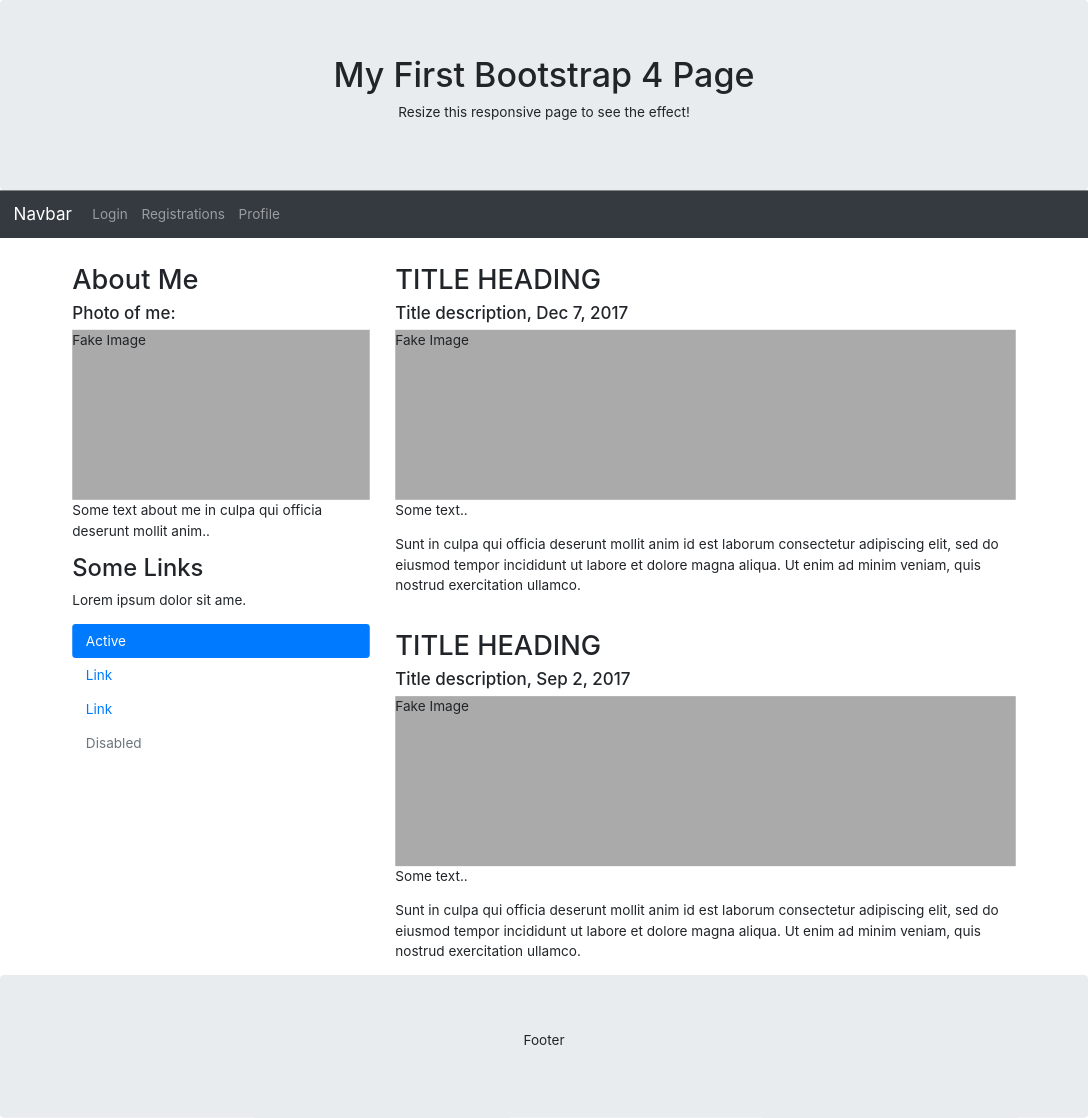
Repository: Ajaykrishna4774/springExamples
Page: deva/WebContent/main.html
The author's editor kept a copy of each file at every save. The page is drawn from the files as they stood at one save, then again after the next save.
The browser window is 1280 px wide. The pictures show the whole page, at 85% of full size.

Above is the page before, as saved 2020-01-18 11:37:21.

### deva/WebContent/main.html
<!DOCTYPE html>
<html lang="en">
<head>
  <title>Bootstrap 4 Website Example</title>
  <meta charset="utf-8">
  <meta name="viewport" content="width=device-width, initial-scale=1">
  <link rel="stylesheet" href="https://maxcdn.bootstrapcdn.com/bootstrap/4.4.1/css/bootstrap.min.css">
  <script src="https://ajax.googleapis.com/ajax/libs/jquery/3.4.1/jquery.min.js"></script>
  <script src="https://cdnjs.cloudflare.com/ajax/libs/popper.js/1.16.0/umd/popper.min.js"></script>
  <script src="https://maxcdn.bootstrapcdn.com/bootstrap/4.4.1/js/bootstrap.min.js"></script>
  <style>
  .fakeimg {
    height: 200px;
    background: #aaa;
  }
  </style>
</head>
<body>

<div class="jumbotron text-center" style="margin-bottom:0">
  <h1>My First Bootstrap 4 Page</h1>
  <p>Resize this responsive page to see the effect!</p>
</div>

<nav class="navbar navbar-expand-sm bg-dark navbar-dark">
  <a class="navbar-brand" href="#">Navbar</a>
  <button class="navbar-toggler" type="button" data-toggle="collapse" data-target="#collapsibleNavbar">
    <span class="navbar-toggler-icon"></span>
  </button>
  <div class="collapse navbar-collapse" id="collapsibleNavbar">
    <ul class="navbar-nav">
      <li class="nav-item">
        <a class="nav-link" href="NewFile.html">Login</a>
      </li>
      <li class="nav-item">
        <a class="nav-link" href="Registration.html">Registrations</a>
      </li>
      <li class="nav-item">
        <a class="nav-link" href="profile.html">Profile</a>
      </li>
    </ul>
  </div>
</nav>

<div class="container" style="margin-top:30px">
  <div class="row">
    <div class="col-sm-4">
      <h2>About Me</h2>
      <h5>Photo of me:</h5>
      <div class="fakeimg">Fake Image</div>
      <p>Some text about me in culpa qui officia deserunt mollit anim..</p>
      <h3>Some Links</h3>
      <p>Lorem ipsum dolor sit ame.</p>
      <ul class="nav nav-pills flex-column">
        <li class="nav-item">
          <a class="nav-link active" href="#">Active</a>
        </li>
        <li class="nav-item">
          <a class="nav-link" href="#">Link</a>
        </li>
        <li class="nav-item">
          <a class="nav-link" href="#">Link</a>
        </li>
        <li class="nav-item">
          <a class="nav-link disabled" href="#">Disabled</a>
        </li>
      </ul>
      <hr class="d-sm-none">
    </div>
    <div class="col-sm-8">
      <h2>TITLE HEADING</h2>
      <h5>Title description, Dec 7, 2017</h5>
      <div class="fakeimg">Fake Image</div>
      <p>Some text..</p>
      <p>Sunt in culpa qui officia deserunt mollit anim id est laborum consectetur adipiscing elit, sed do eiusmod tempor incididunt ut labore et dolore magna aliqua. Ut enim ad minim veniam, quis nostrud exercitation ullamco.</p>
      <br>
      <h2>TITLE HEADING</h2>
      <h5>Title description, Sep 2, 2017</h5>
      <div class="fakeimg">Fake Image</div>
      <p>Some text..</p>
      <p>Sunt in culpa qui officia deserunt mollit anim id est laborum consectetur adipiscing elit, sed do eiusmod tempor incididunt ut labore et dolore magna aliqua. Ut enim ad minim veniam, quis nostrud exercitation ullamco.</p>
    </div>
  </div>
</div>

<div class="jumbotron text-center" style="margin-bottom:0">
  <p>Footer</p>
</div>

</body>
</html>

After the next save:
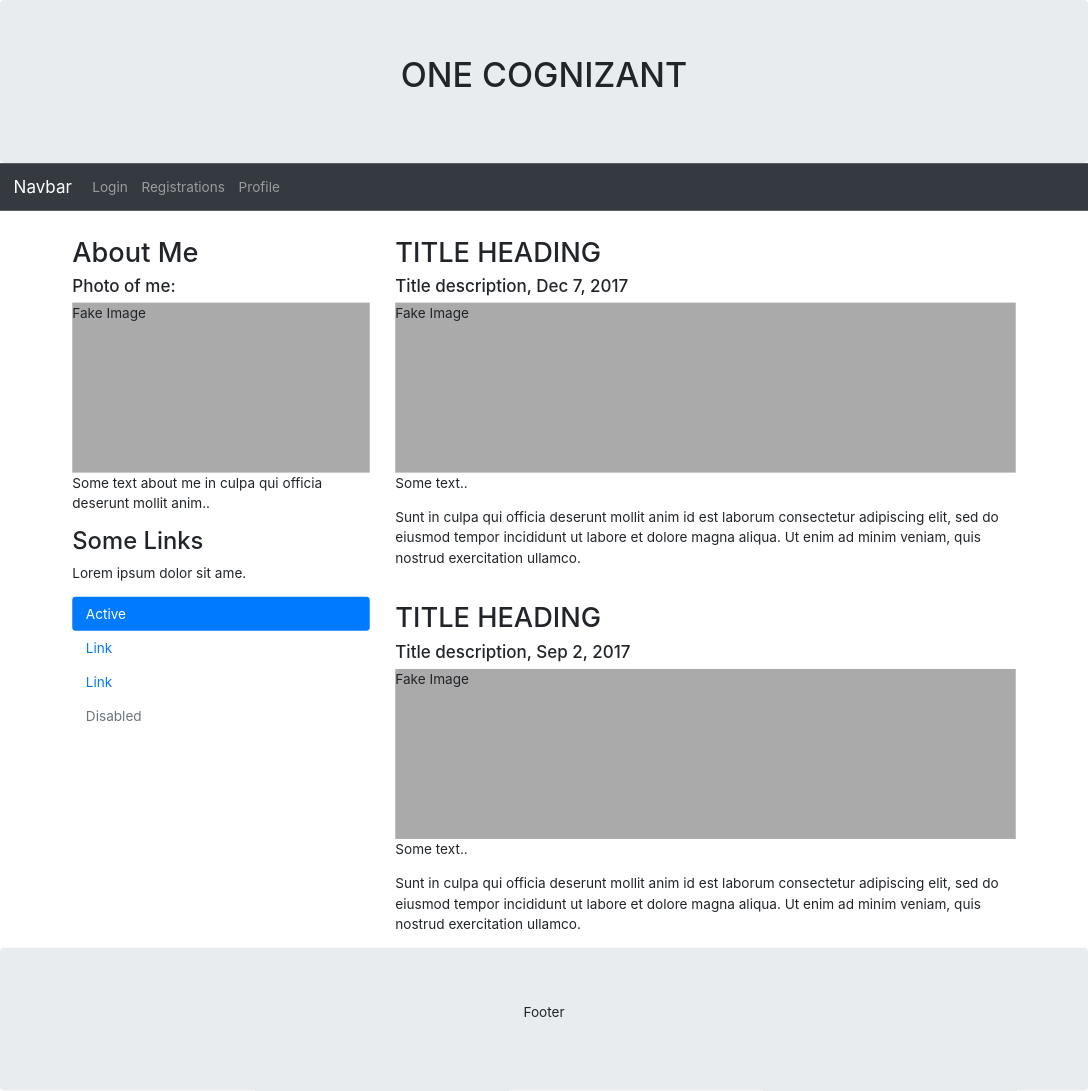
Saved 3 min 39 s later.
--- a/deva/WebContent/main.html
+++ b/deva/WebContent/main.html
@@ -18,8 +18,8 @@
 <body>
 
 <div class="jumbotron text-center" style="margin-bottom:0">
-  <h1>My First Bootstrap 4 Page</h1>
-  <p>Resize this responsive page to see the effect!</p>
+  <h1 style="color:""blue"">ONE COGNIZANT</h1>
+  <p> </p>
 </div>
 
 <nav class="navbar navbar-expand-sm bg-dark navbar-dark">
